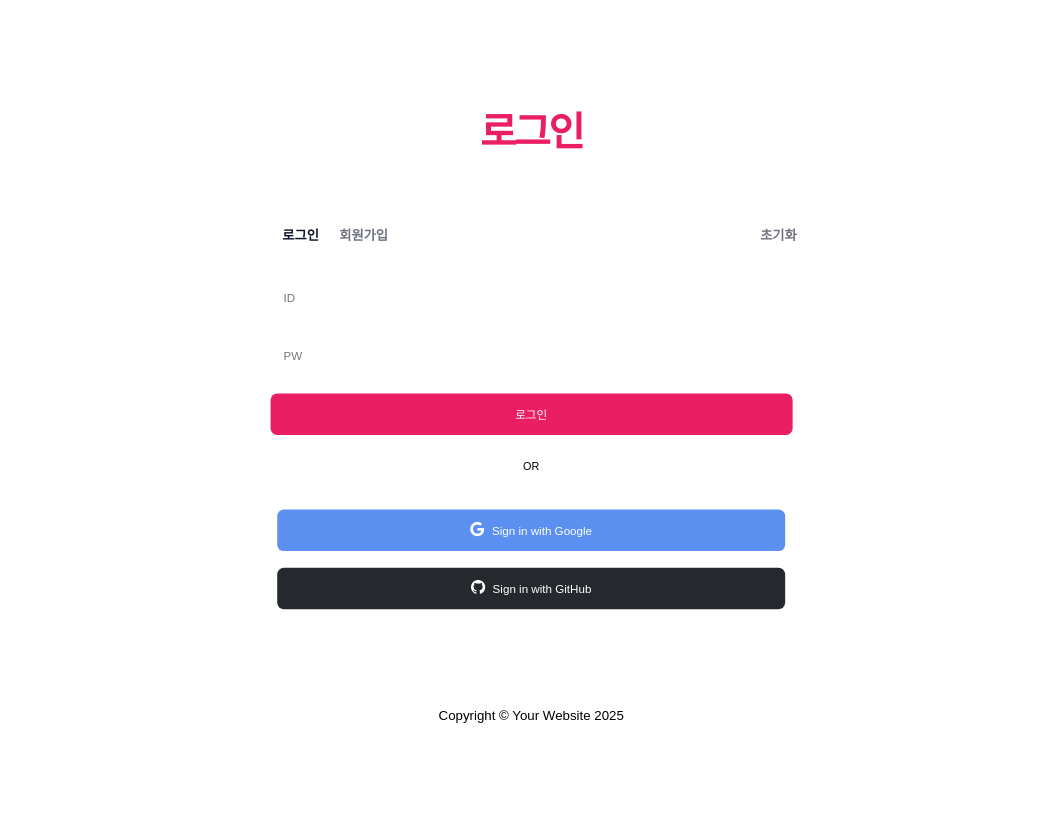
Repository: min7385/2025_moaLook_project
Page: http://localhost/moaLook/WEB-INF/views/member/registView.jsp
These files come from the project's save history. The page is drawn as it stood at one moment and after a run of saves; the edit follows.
The browser window is 1280 px wide. The pictures show the whole page, at 83% of full size.
The page is served by Tomcat 9. Nobody is signed in. The template is opened directly, without the code that normally fills it, so the values that code supplies are empty.

Above is the page before, as saved 2025-04-11 03:05:16.

After the next 2 saves:
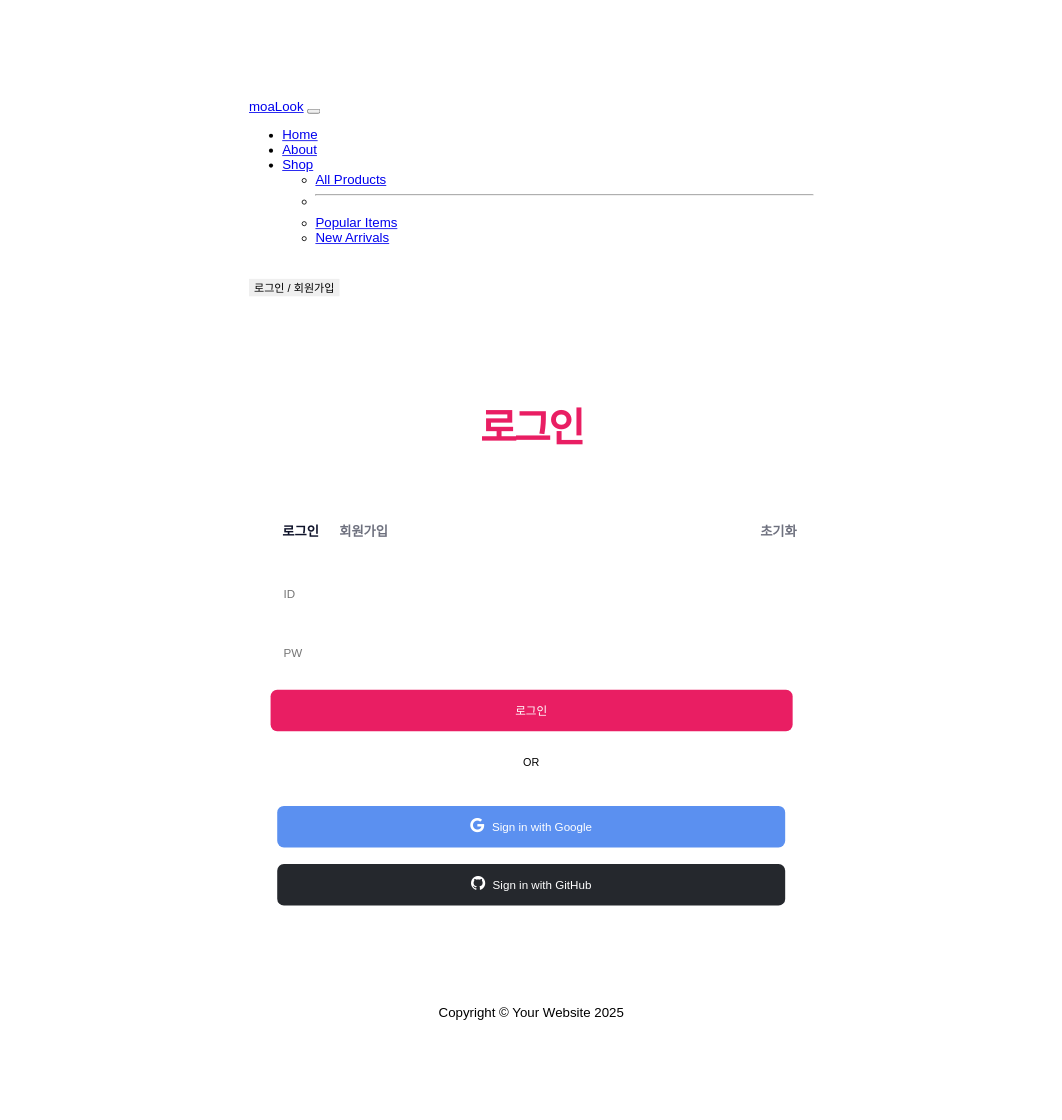
The 2 saves are shown as one change because they came seconds apart.
The last was saved 105 s later.
--- a/moaLook/src/main/webapp/WEB-INF/views/member/registView.jsp
+++ b/moaLook/src/main/webapp/WEB-INF/views/member/registView.jsp
@@ -25,6 +25,9 @@
 
 </head>
 <body>
+
+	<jsp:include page="/WEB-INF/inc/top.jsp"></jsp:include>
+
 	<div class="container">
 		<!-- Heading -->
 		<h1>로그인</h1>
